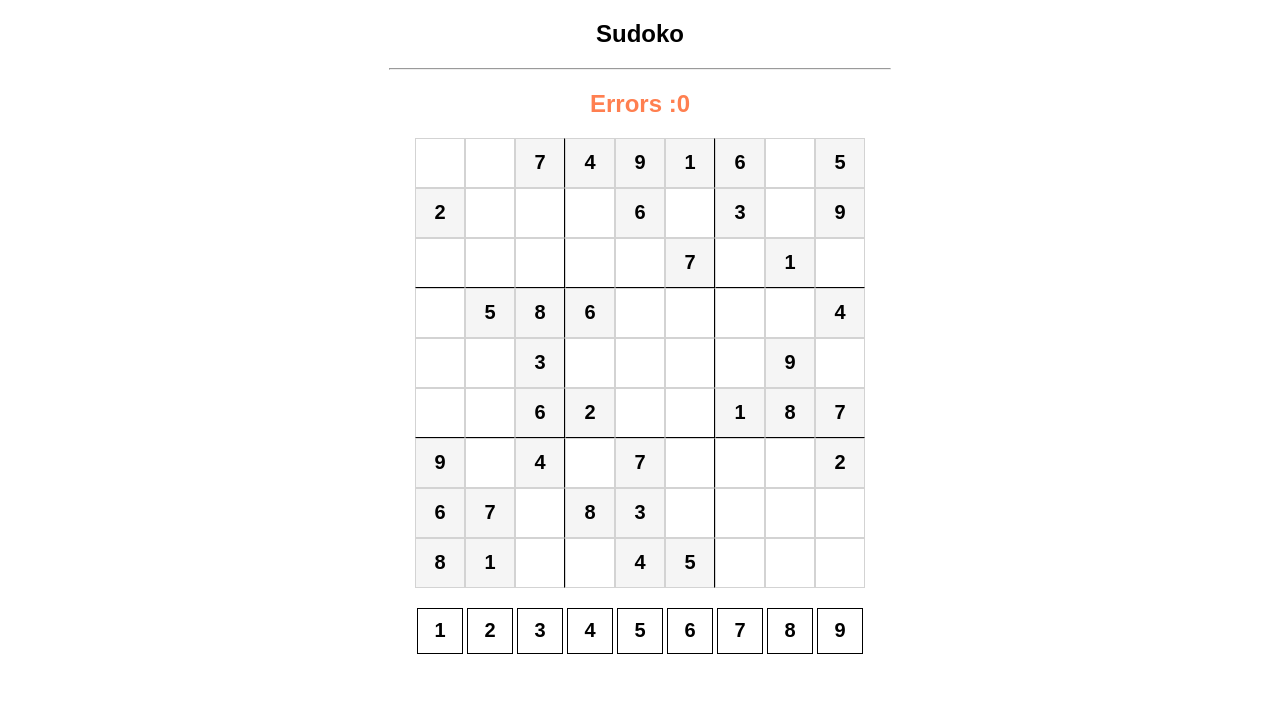
Repository: divyaravada/javascript-games
Page: sudoko/sudoko.html
An editor plug-in stored every save of this project. The page is shown before and after the next save, followed by the edit.
The browser window is 1280 px wide. The pictures show the whole page.

Above is the page before, as saved 2022-03-15 18:31:28.

After the next save:
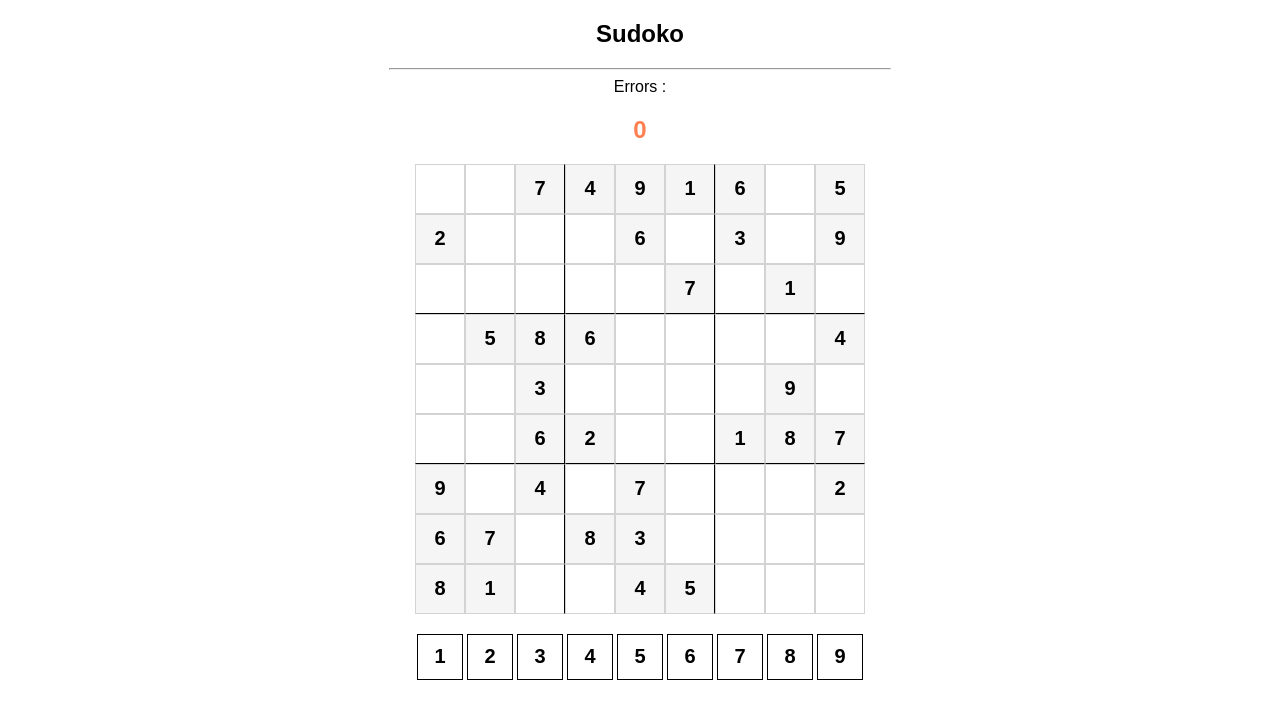
Saved 19 s later.
--- a/sudoko/sudoko.html
+++ b/sudoko/sudoko.html
@@ -14,7 +14,8 @@
   <body>
     <h2>Sudoko</h2>
     <hr />
-    <h2 id="errors">Errors :0</h2>
+    Errors :
+    <h2 id="errors">0</h2>
 
     <!-- 9x9 board-->
     <div id="board"></div>
